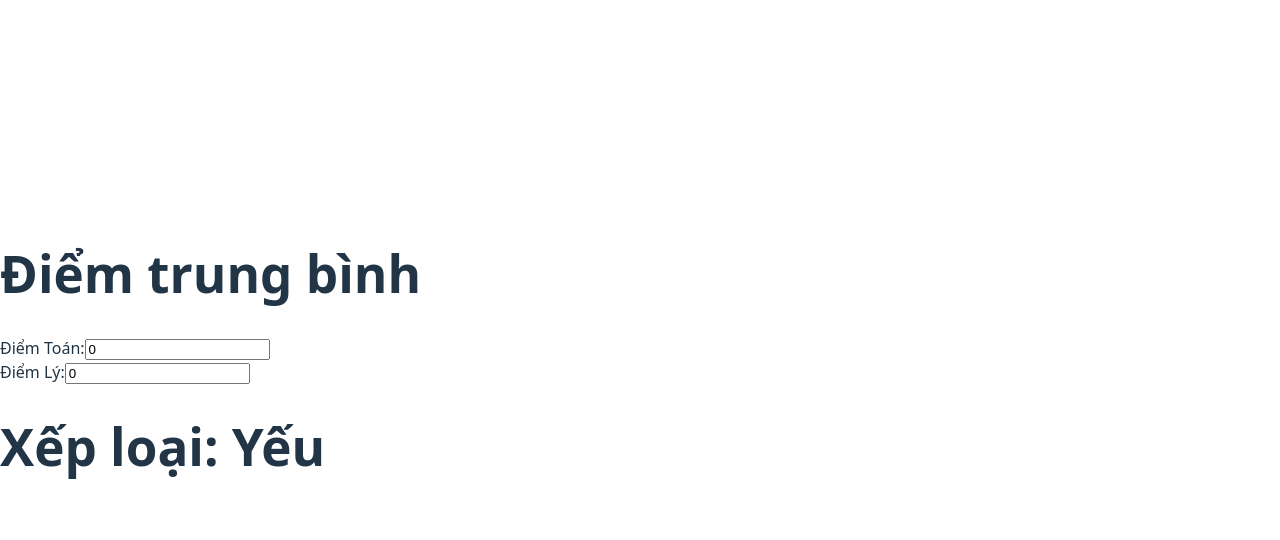
Repository: thidieu2005/React_State
Page: /
An editor plug-in stored every save of this project. The page is shown before and after a run of saves, followed by the edit.
The browser window is 1280 px wide. The pictures show the whole page.
The project was rebuilt for these pictures with package versions that can differ from the ones it lists, and the page was loaded fresh each time. Also part of the build but not shown: vite.config.js, src/Dientich_hcn.jsx, src/App.jsx, src/Counter_function.jsx, src/S_hnc.jsx, src/data.jsx, src/App.css, src/State_getData.jsx and 5 more.

Above is the page before, as saved 2025-04-28 16:09:24.

After the next 3 saves:
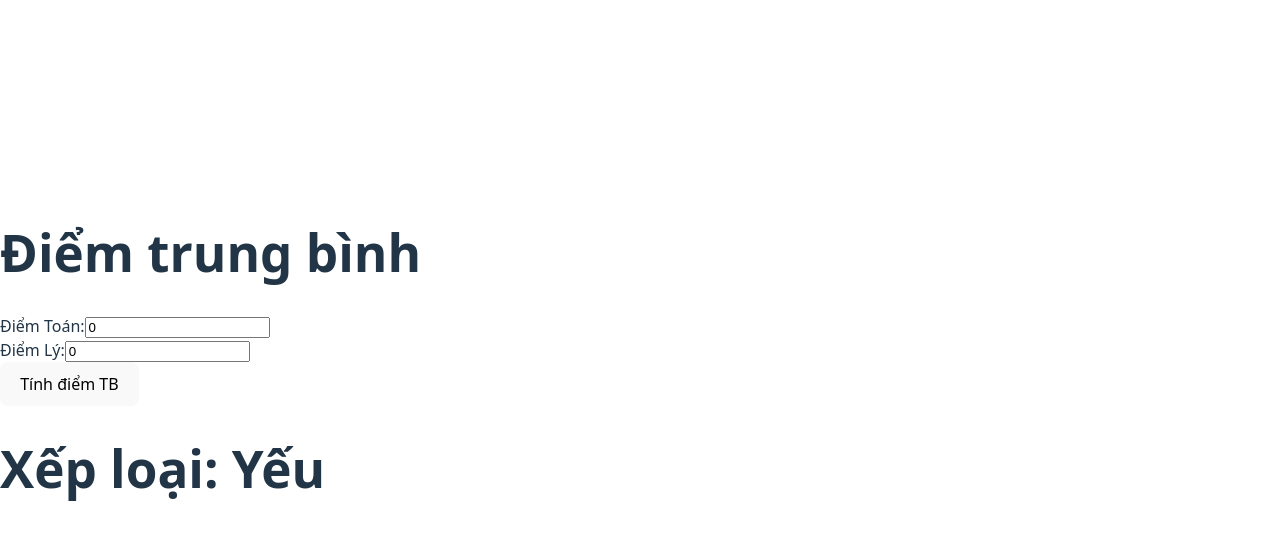
The 3 saves are shown as one change because 1 did not build or start and some came seconds apart.
The last was saved 11 s later.
--- a/src/Form/diem.jsx
+++ b/src/Form/diem.jsx
@@ -48,7 +48,7 @@ export function DiemTB() {
           onChange={handleDiemLy}
         />
         <br />
-
+      <button type="submit">Tính điểm TB</button>
       </form>
       <h1>Xếp loại: {xepLoai()}</h1>
     </div>
